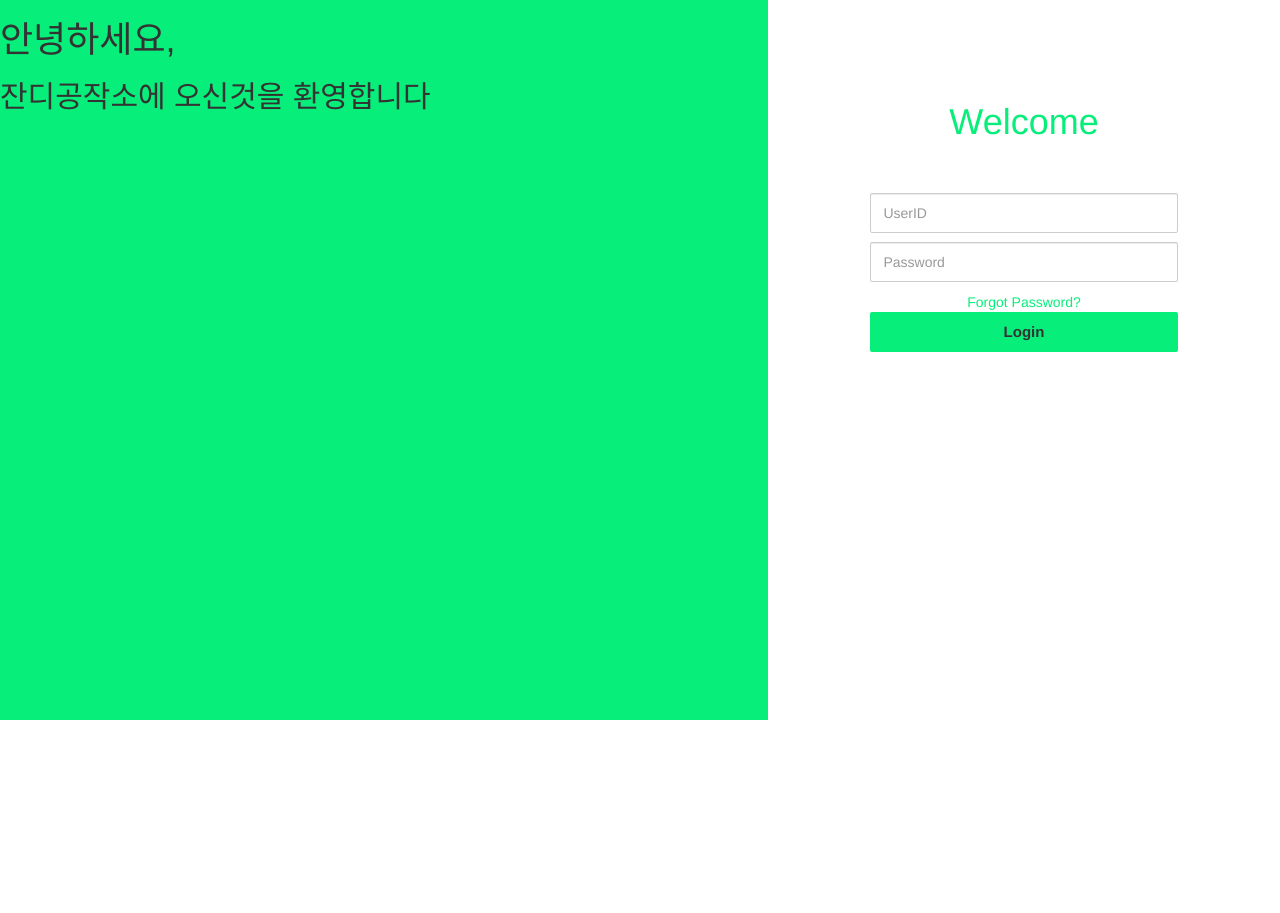
Repository: guddus326/Grass_Farm
Page: http://localhost/Grass_Farm/Index.jsp
An editor plug-in stored every save of this project. The page is shown before and after the next save, followed by the edit.
The browser window is 1280 px wide. The pictures show the whole page.
The page is served by Tomcat 9. Other server files are loaded and not shown.

Above is the page before, as saved 2021-03-17 10:26:45.

### Grass_Farm/Grass_Farm/WebContent/Index.jsp
<%@ page language="java" contentType="text/html; charset=UTF-8" pageEncoding="UTF-8"%>

<!DOCTYPE html>
<html>
<head>
<meta charset="UTF-8">
<meta http-equiv="Content-Type" content="text/html";charset-UTF-8">
<link rel="stylesheet" href="css/bootstrap.min.css">
<title>잔디공작소</title>
<style>

        .login-form {
    		width: 60%;
    		margin: 10% auto;
    		text-align:center;
		}

		.login-btn {
    		font-size: 15px;
    		font-weight: bold;
  			min-height: 40px;
  			border-radius: 2px;
  			background-color:#07ef7a
		}

		.form-control{
			width:100%;
			height:40px;
			margin-bottom:3%;
			border-radius: 2px;
		}

 		div {
        	width: 100%;
        	height: 100vh;
        }
    	div.left {
        	width: 60%;
        	float: left;
        	background: #07ef7a;
    	}
    	div.right {
        	width: 40%;
        	float: right;
        	background: #ffffff;
    	}
    	h1.welcome{
    		text-align: center;
    		margin-top: 20%;
    		color:#07ef7a
    	}
     	body {
     		overflow:hidden
     	}

    </style>
</head>

<body>
    <div>
        <div class="left">
        	<h1 class="hello">안녕하세요,</h1>
        	<h2 class=>잔디공작소에 오신것을 환영합니다</h2>
        </div>

        <div class="right">
        	<h1 class="welcome">Welcome</h1>
        	<div class="login-form">
    			<form action="LoginAction.jsp" method="post">
  					<input type="text" onfocus="" class="form-control" name="userID" placeholder="UserID" required="required">
  					<input type="password" class="form-control" name="userPass" placeholder="Password" required="required">
            		<a href="#" style="color:#07ef7a">Forgot Password?</a>
            		<button type="submit" class="btn login-btn btn-block">Login</button>
    			</form>
			</div>
        </div>
    </div>
</body>



</body>
</html>

Loaded but not shown: Grass_Farm/Grass_Farm/WebContent/css/bootstrap.min.css (library)

After the next save:
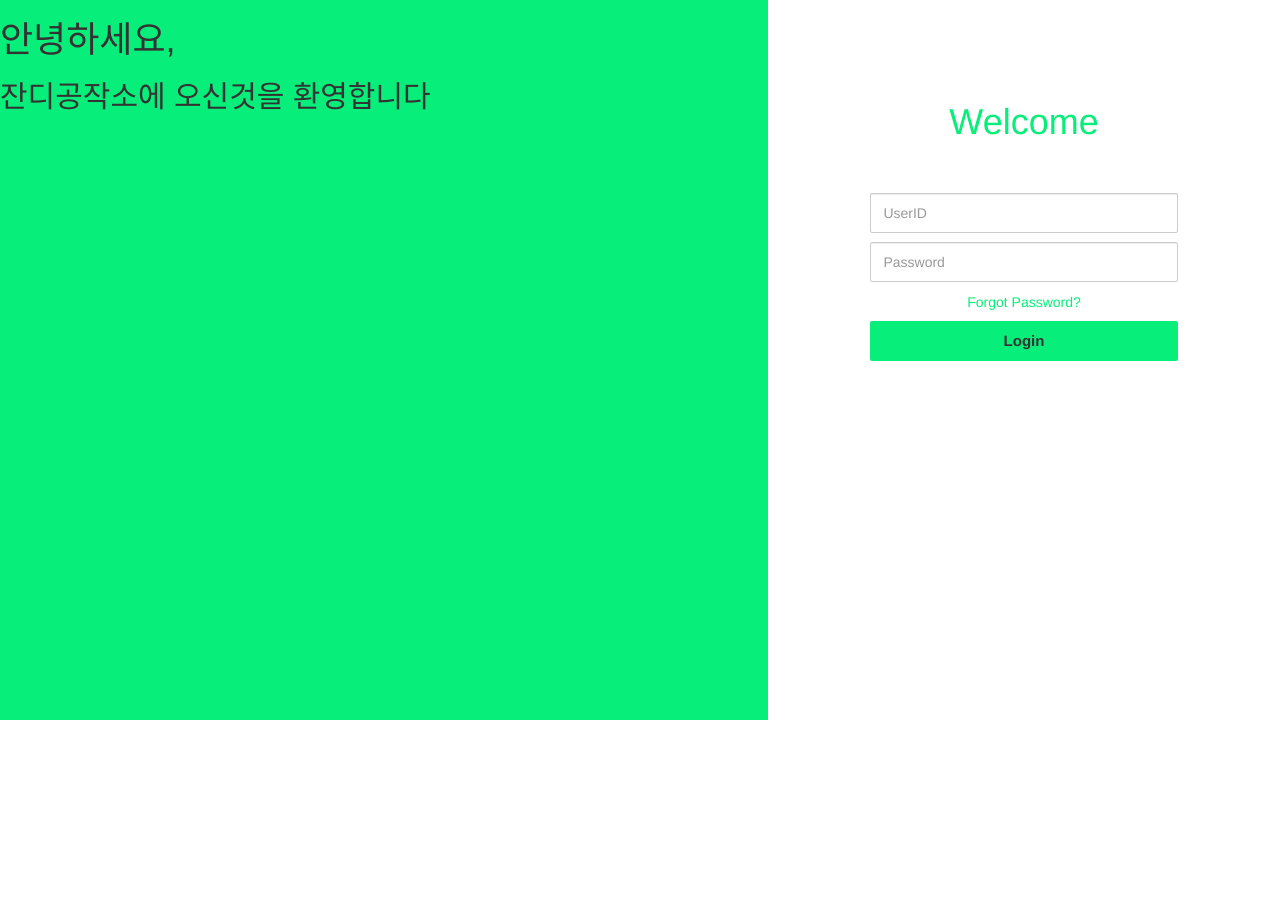
Saved 28 s later.
--- a/Grass_Farm/Grass_Farm/WebContent/Index.jsp
+++ b/Grass_Farm/Grass_Farm/WebContent/Index.jsp
@@ -20,7 +20,8 @@
     		font-weight: bold;
   			min-height: 40px;
   			border-radius: 2px;
-  			background-color:#07ef7a
+  			background-color:#07ef7a;
+  			margin-top:3%;
 		}
 
 		.form-control{
